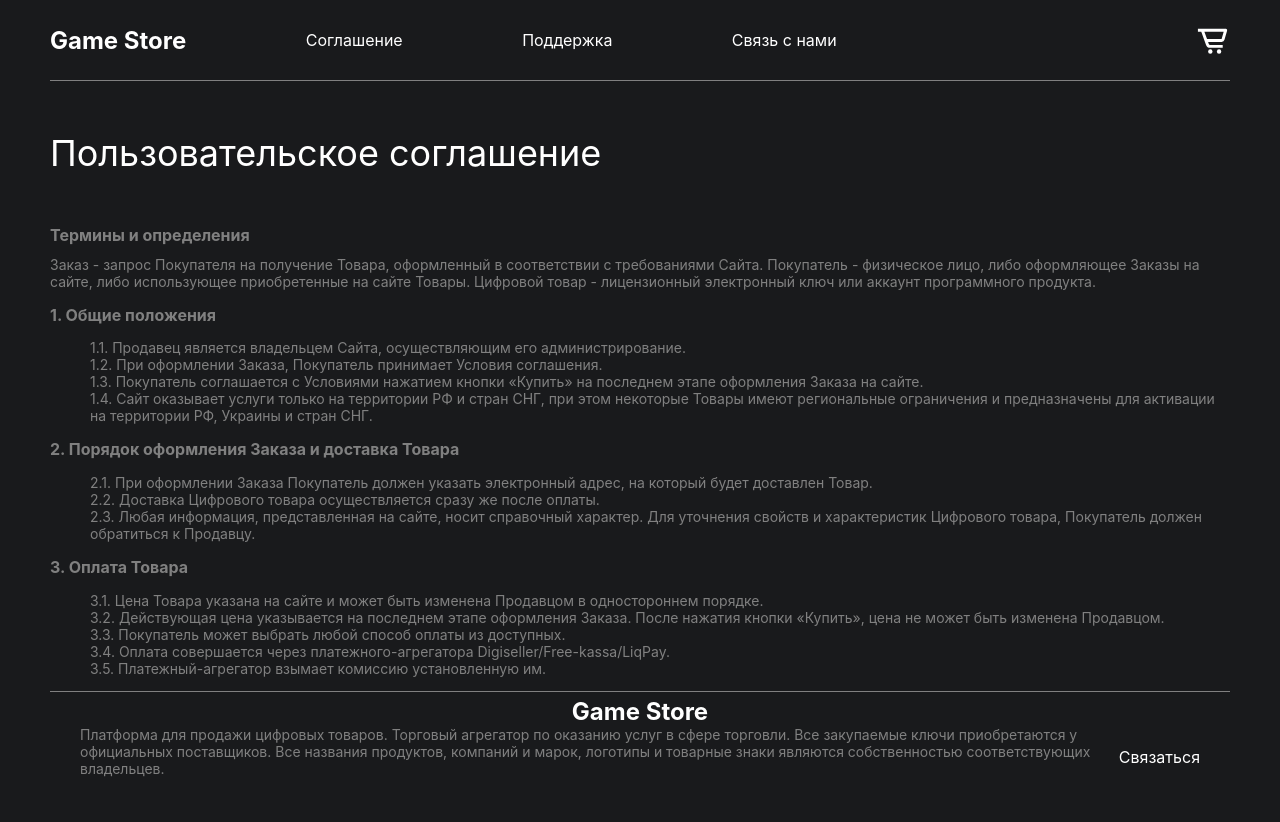
Repository: Minkeani/GameStore
Page: /agreement
An editor plug-in stored every save of this project. The page is shown before and after the next save, followed by the edit.
The browser window is 1280 px wide. The pictures show the whole page.
The project was rebuilt for these pictures with package versions that can differ from the ones it lists, and the page was loaded fresh each time. Also part of the build but not shown: src/components/ItemsInCart/ItemsInCart.css, src/components/ItemsInCart/ItemsInCart.jsx, src/components/CartMenu/CartMenu.css, src/components/Btn/Btn.css, src/components/Btn/Btn.jsx, src/components/CartItem/CartItem.css, src/components/CartItem/CartItem.jsx, src/components/utils/utils.js and 17 more.

Above is the page before, as saved 2022-09-11 11:01:16.

After the next save:
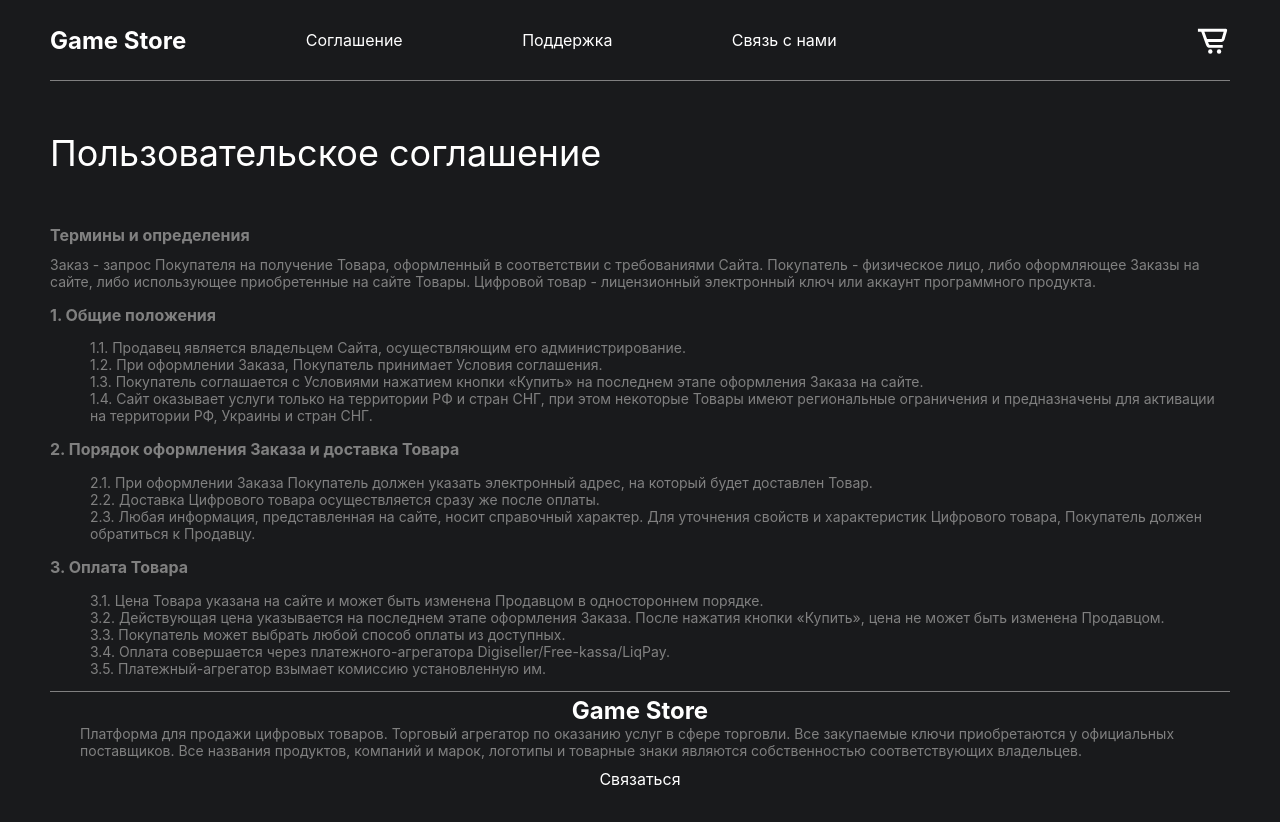
Saved 19 s later.
--- a/src/components/Footer/Footer.css
+++ b/src/components/Footer/Footer.css
@@ -21,5 +21,5 @@
     display: flex;
     align-items: center;
     justify-content: center;
-    flex-decoration: column
+    flex-direction: column
 }
